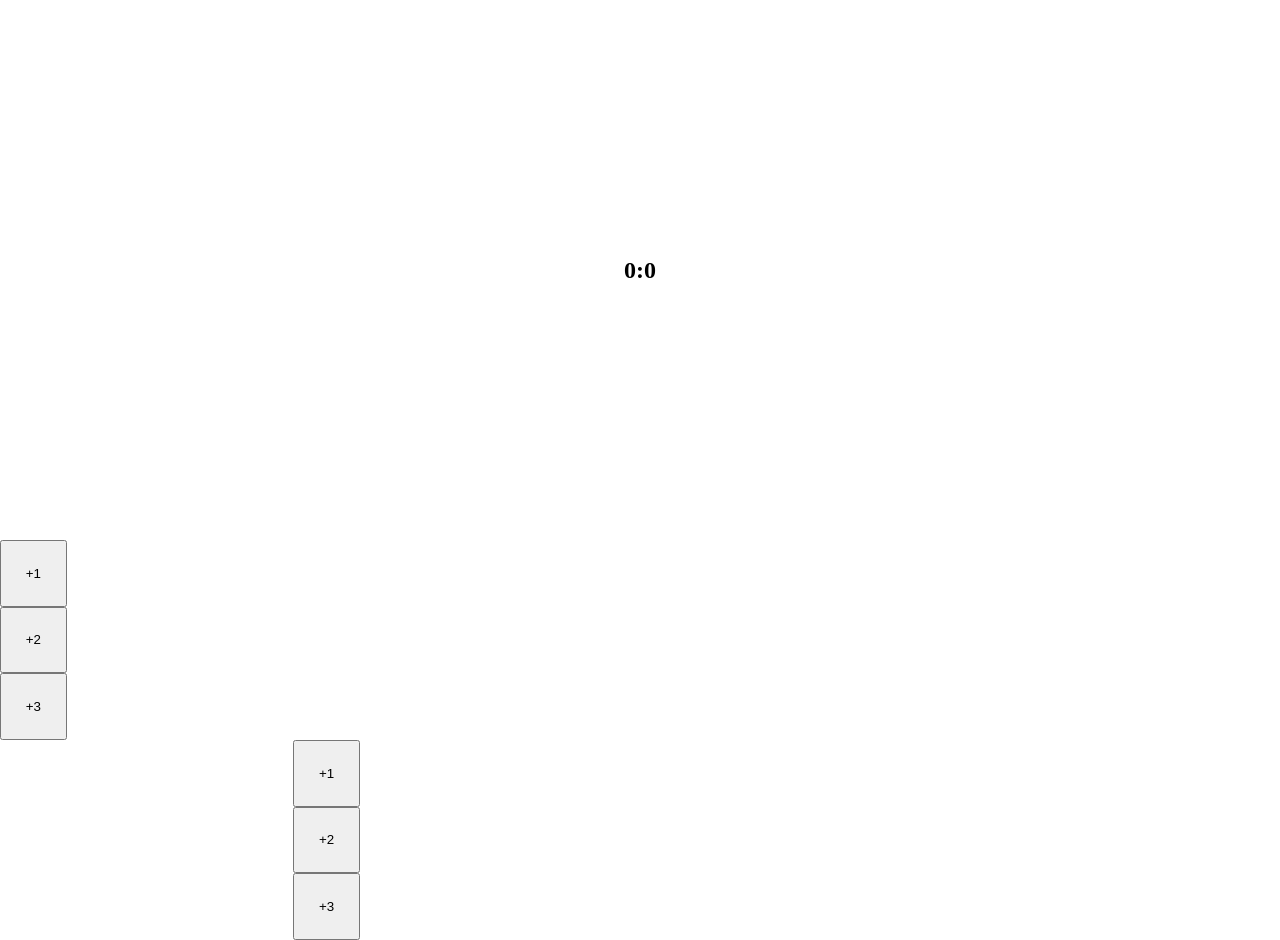
Repository: bollo89/scoreBoard
Page: index.html
An editor plug-in stored every save of this project. The page is shown before and after the next save, followed by the edit.
The browser window is 1280 px wide. The pictures show the whole page.

Above is the page before, as saved 2022-01-21 12:22:56.

After the next save:
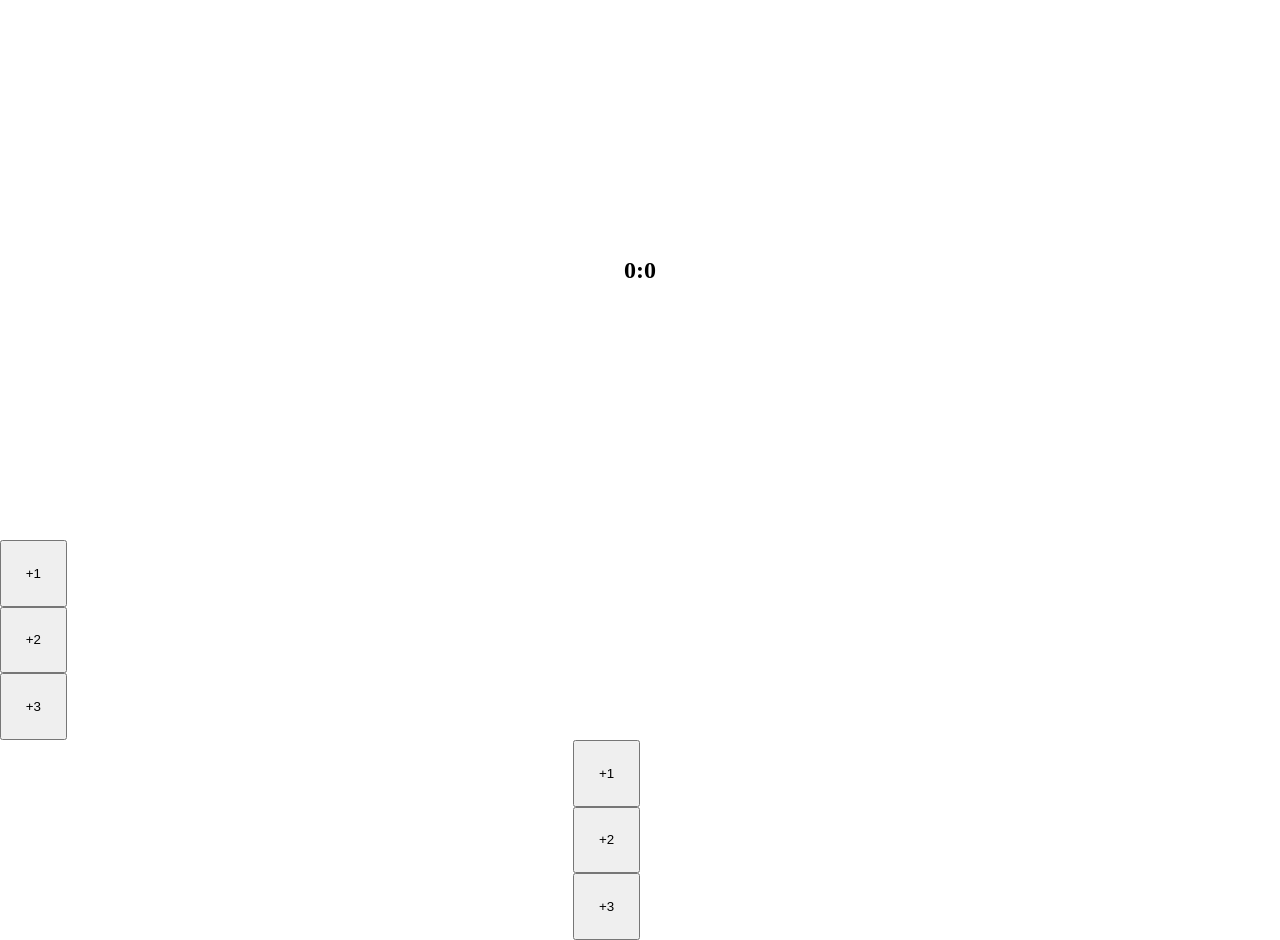
Saved 5 s later.
--- a/style.css
+++ b/style.css
@@ -25,13 +25,13 @@ body {
     padding: 0;
 }
 .btnsH {
-    width: 50vh;
+    width: 50vw;
 
     align-items: flex-start;
     justify-content: flex-start;
 }
 .btnsA {
-    width: 50vh;
+    width: 50vw;
     display: flex;
     flex-direction: column;
     align-items: flex-end;
